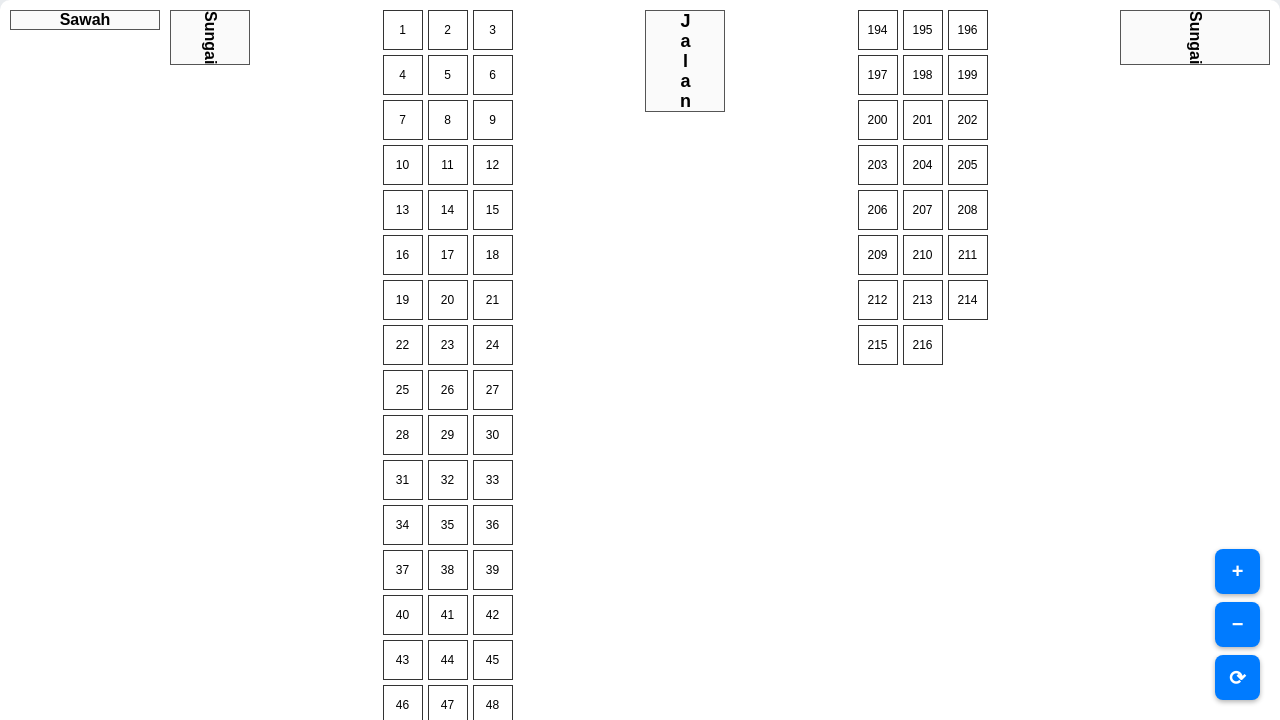
Repository: pasarrakyatbak/denah
Page: index.html
An editor plug-in stored every save of this project. The page is shown before and after the next save, followed by the edit.
The browser window is 1280 px wide. The pictures show the whole page.

Above is the page before, as saved 2025-09-19 07:37:21.

After the next save:
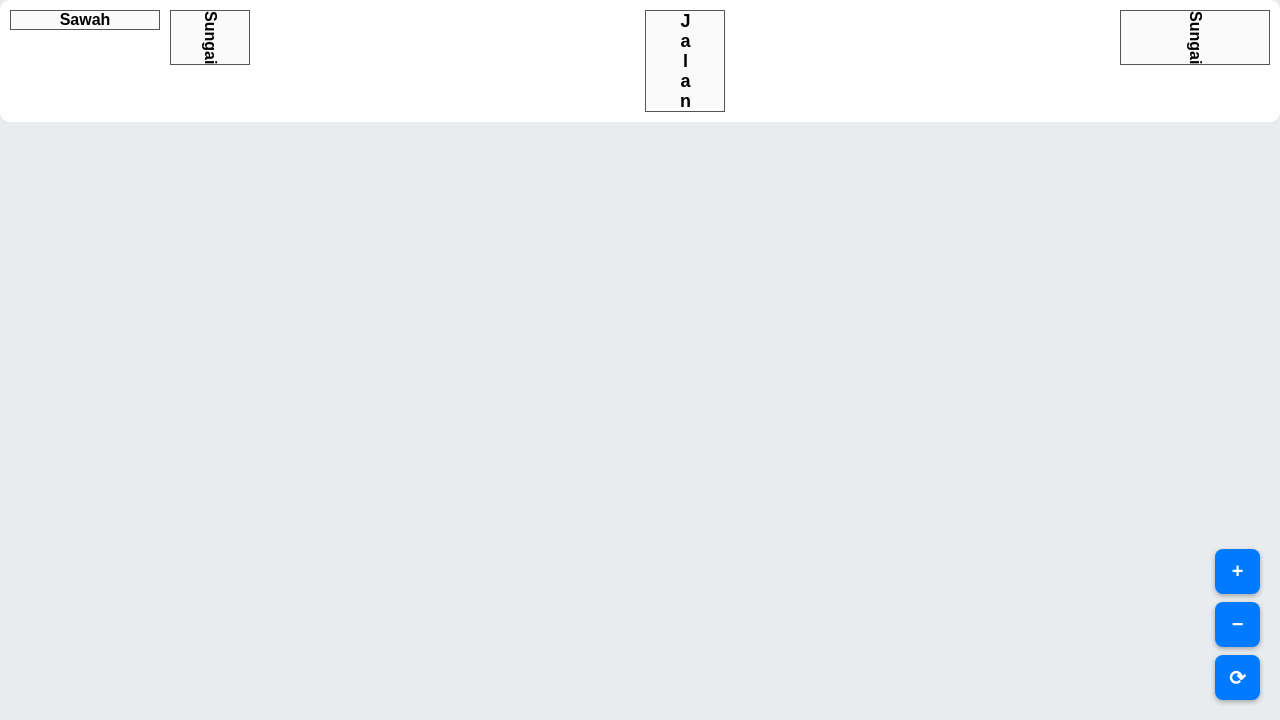
Console error (its wording comes from the project's code and is left out).
Saved 42 s later.
--- a/script.js
+++ b/script.js
@@ -50,6 +50,7 @@ window.onclick = (e) => { if (e.target == modal) modal.style.display = "none"; }
 // ======================
 // Zoom & Geser Denah
 // ======================
+/ Zoom & Geser
 const denahWrapper = document.querySelector(".denah-wrapper");
 const denah = document.getElementById("denah");
 
@@ -62,7 +63,25 @@ function updateTransform() {
     denah.style.transform = `translate(${posX}px, ${posY}px) scale(${scale})`;
 }
 
-// Zoom dengan scroll (desktop)
+// --- Zoom via tombol ---
+document.getElementById("zoom-in").addEventListener("click", () => {
+    scale = Math.min(scale + 0.2, 3);
+    updateTransform();
+});
+
+document.getElementById("zoom-out").addEventListener("click", () => {
+    scale = Math.max(scale - 0.2, 0.5);
+    updateTransform();
+});
+
+document.getElementById("zoom-reset").addEventListener("click", () => {
+    scale = 1;
+    posX = 0;
+    posY = 0;
+    updateTransform();
+});
+
+// --- Zoom via scroll ---
 denahWrapper.addEventListener("wheel", (e) => {
     e.preventDefault();
     scale += e.deltaY * -0.001;

After the save that followed:
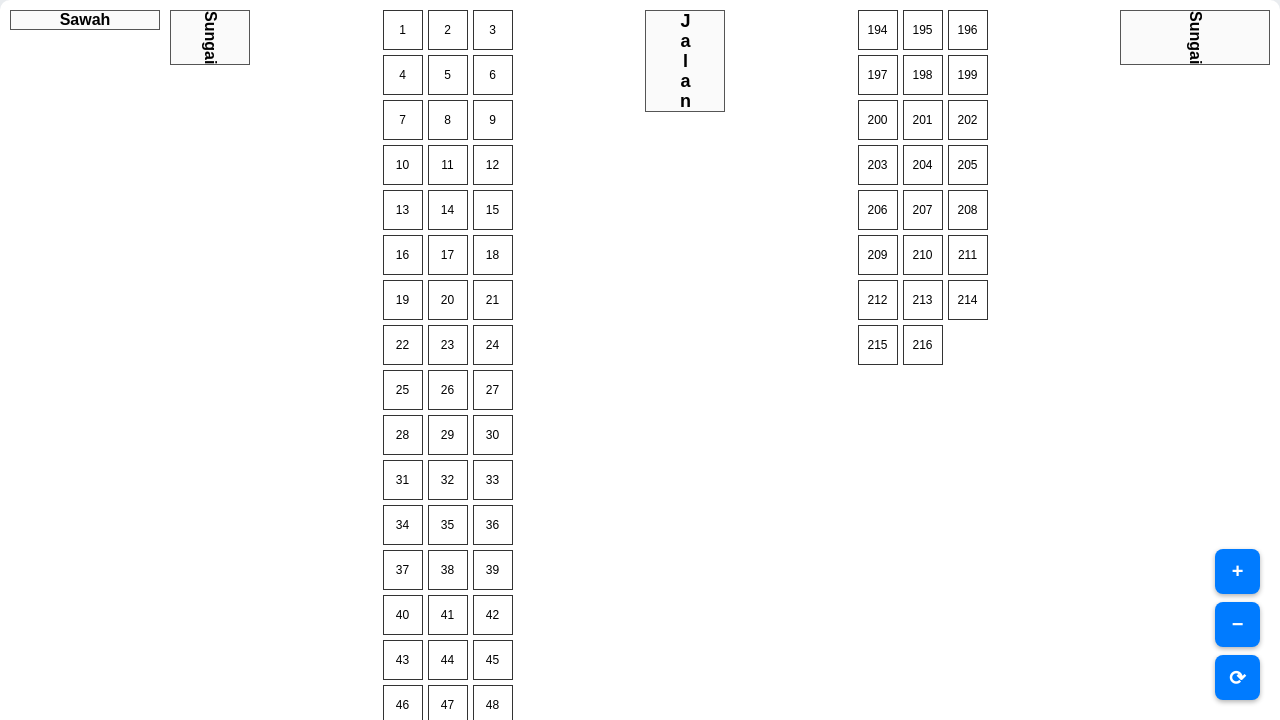
The error is gone.
Saved 7 s later.
--- a/script.js
+++ b/script.js
@@ -50,7 +50,6 @@ window.onclick = (e) => { if (e.target == modal) modal.style.display = "none"; }
 // ======================
 // Zoom & Geser Denah
 // ======================
-/ Zoom & Geser
 const denahWrapper = document.querySelector(".denah-wrapper");
 const denah = document.getElementById("denah");
 
